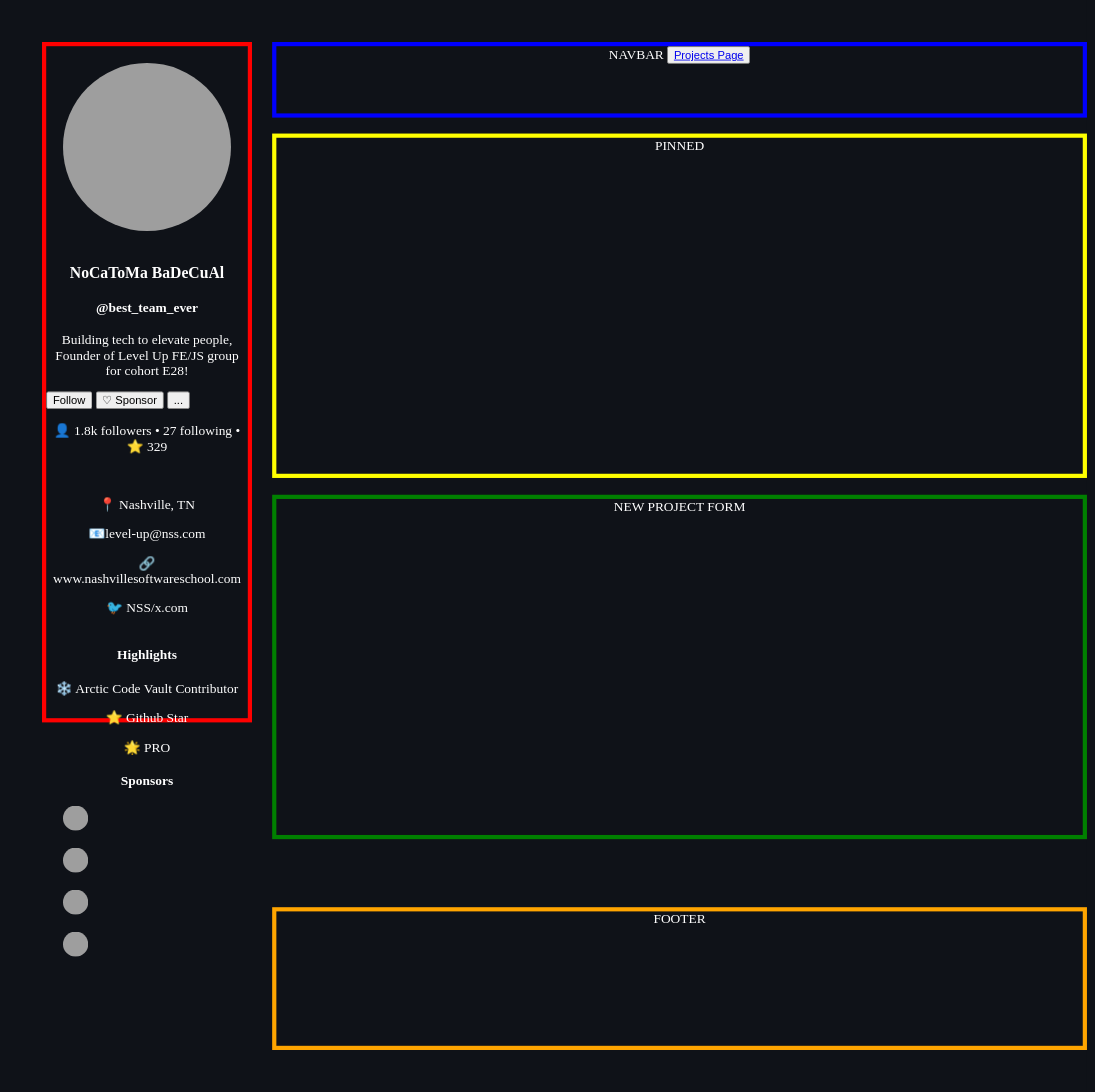
Repository: nss-evening-cohort-28/nss-evening-cohort-28-classroom-gitsub-Q1-project-gitsub
Page: index.html
These files come from the project's save history. The page is drawn as it stood at one moment and after the next save; the edit follows.
The browser window is 1280 px wide. The page is 1294 px wide, then 1304 px, so the pictures cover 1304 px, including what lies to the right of the window. The pictures show the whole page, at 84% of full size.
Pictures or frames that could not be fetched are drawn as grey boxes.

Above is the page before, as saved 2024-08-07 20:37:09.

### index.html
<!DOCTYPE html>
<html lang="en">
<head>
    <meta charset="UTF-8">
    <meta name="viewport" content="width=device-width, initial-scale=1.0">
    <link rel="stylesheet" href="main.css">
    <title>Document</title>
</head>
<body>
    <div class="flexContainer">
        <div class="profile">
          <div class="top-section">
            <img src="https://media.tenor.com/GliBTZeL1kQAAAAM/%D0%BC%D0%BE%D0%B9-%D0%B4%D0%B5%D0%B4.gif" class="card-img-top" >
            <div>
            <h3>NoCaToMa BaDeCuAl</h3>
            <h4>@best_team_ever</h4>
            <p>Building tech to elevate people, Founder of Level Up FE/JS group for cohort E28!</p>
            </div>
            <div class="profile-section-buttons">
              <div class="d-grid gap-2 d-md-block">
                <button class="btn btn-primary" type="button">Follow</button>
                <button class="btn btn-primary" type="button">♡ Sponsor</button>
                <button class="btn btn-primary" type="button">...</button>
              </div>
            </div>
            <div class="profile-section-body">
              <p>👤 1.8k followers • 27 following • ⭐️ 329</p>
              <br>
              <p>📍 Nashville, TN</p>
              <p>📧level-up@nss.com</p>
              <p>🔗 www.nashvillesoftwareschool.com</p>
              <p>🐦 NSS/x.com</p>
            </div>
          </div>
          <div class="middle-section">
            <h4>Highlights</h4>
            <p>❄️ Arctic Code Vault Contributor</p>
            <p>⭐️ Github Star</p>
            <p>🌟 PRO</p>
          </div>
          <div class="bottom-section">
            <h4>Sponsors</h4>
            <img src="https://avatars.githubusercontent.com/u/31261276?s=100&v=4" class="sponsor-pic">
            <img src="https://avatars.githubusercontent.com/u/137121714?s=100&v=4" class="sponsor-pic">
            <img src="https://avatars.githubusercontent.com/u/173638175?s=100&v=4" class="sponsor-pic">
            <img src="https://avatars.githubusercontent.com/u/107224963?s=100&v=4" class="sponsor-pic">
          </div>
        </div>
        <div class="flexContainer">
            <div class="navBar">NAVBAR
              <button><a href="projects.html">
                Projects Page
              </a></button>
            </div>
            <div class="pinned">PINNED</div>
            <div class="newProject">NEW PROJECT FORM</div>
            <div class="footer">FOOTER</div>
        </div>
    </div>
    <script src="main.js"></script>
</body>
</html>

### main.css
body {
    background-color: #0F1218;
    text-align: center;
    margin: 50px;
    width: 1200px;
    color: white;
}

.flexContainer {
    display: flex;
    flex-wrap: wrap;
    flex-direction: column;
    max-width: 75rem;
    height: 75rem;
    gap: 2%;
}

.profile {
    border: 5px solid red;
    width: 15rem;
    height: 50rem;
}

.navBar {
    border: 5px solid blue;
    width: 60rem;
    height: 5rem;
}

.pinned {
    border: 5px solid yellow;
    width: 60rem;
    height: 25rem;
    margin-top: 2%;
}

.newProject {
    border: 5px solid green;
    width: 60rem;
    height: 25rem;
    margin-top: 2%;
}

.footer {
    border: 5px solid orange;
    width: 60rem;
    height: 10rem;
    margin-top: auto;
    align-self: flex-end;
}

#footerContainer {
    display: flex;
    align-self: flex-end;

}

/* Noah Styling: Profile Section Start*/

.top-section {
    display: flex;
    flex-wrap: wrap;
    justify-content: flex-start;
    margin: 0px;
}

.card-img-top {
    display: flex;
    flex-wrap: wrap;
    justify-content: space-around;
    border-radius: 50%;
    height: 200px;
    width: 200px;
    margin: 20px;
  }

  .sponsor-pic {
    display: flex;
    flex-wrap: wrap;
    justify-content: space-around;
    border-radius: 50%;
    height: 30px;
    width: 30px;
    margin: 20px;
  }

/* Noah Styling: Profile Section End */

Loaded but not shown: main.js (no copy from this time; the picture is the same without it)

After the next save:
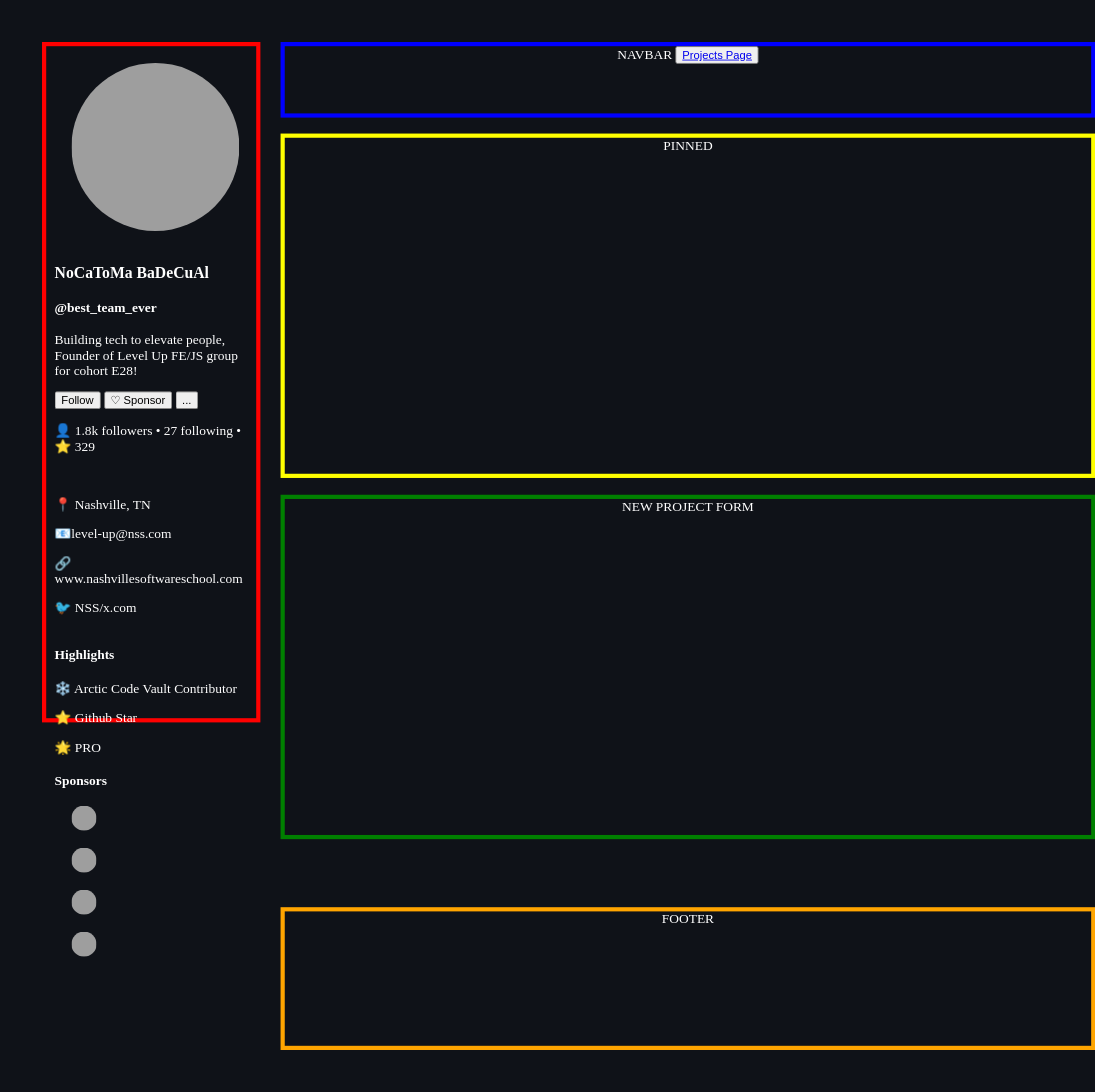
Saved 20 s later.
--- a/main.css
+++ b/main.css
@@ -19,6 +19,8 @@
     border: 5px solid red;
     width: 15rem;
     height: 50rem;
+    text-align: left;
+    padding-left: 10px;
 }
 
 .navBar {
